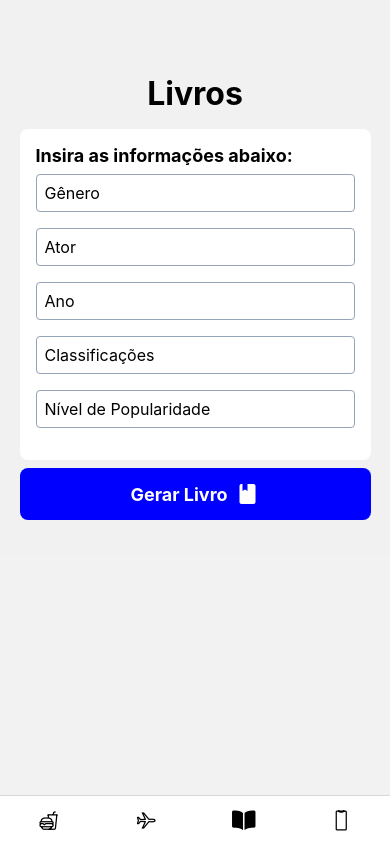
Repository: Matheus904-12/routes
Screen: /Livros (app in roteamento/)
An editor plug-in stored every save of this project. The screen is shown before and after the next save, followed by the edit.
The app was drawn by React Native's web renderer in a window 390 px wide. The project was rebuilt for these pictures with package versions that can differ from the ones it lists, and the page was loaded fresh each time. Also part of the build but not shown: roteamento/pages/viagem.js, roteamento/pages/roupas.js.

Above is the screen before, as saved 2024-05-01 18:10:02.

After the next save:
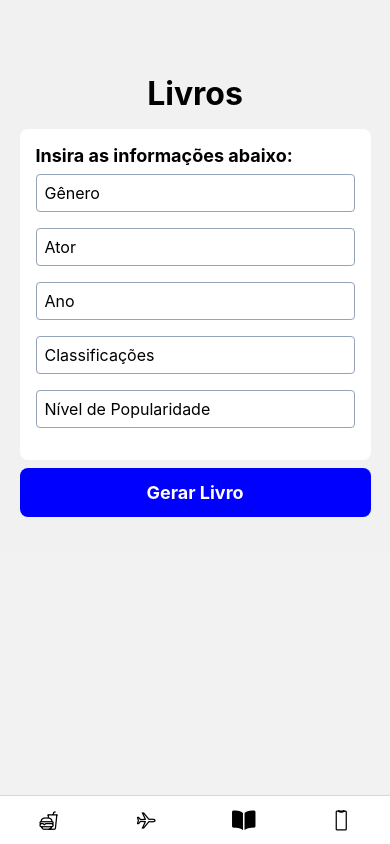
Saved 42 s later.
--- a/roteamento/pages/filmes.js
+++ b/roteamento/pages/filmes.js
@@ -100,7 +100,6 @@ export function Livros() {
 
                 <TouchableOpacity style={ESTILOS.button} onPress={gerarReceita}>
                     <Text style={ESTILOS.buttonText}>Gerar Livro</Text>
-                    <MaterialCommunityIcons name="book" size={24} color="#FFF" />
                 </TouchableOpacity>
 
                 <ScrollView contentContainerStyle={{ paddingBottom: 24, marginTop: 4, }} style={ESTILOS.containerScroll} showsVerticalScrollIndicator={false} >
